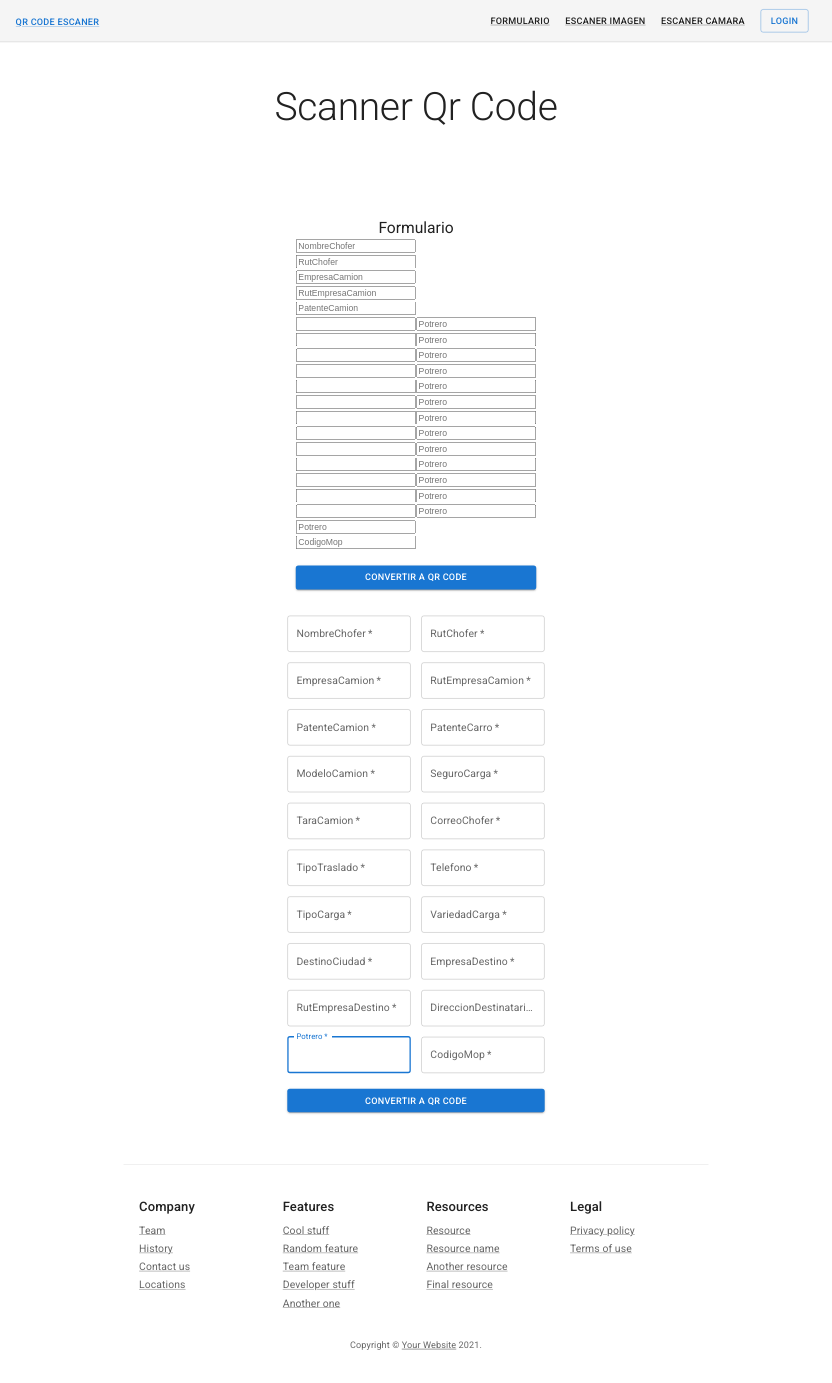
Repository: FlamesAlejandro/QrCodeForm
Page: /form
The author's editor kept a copy of each file at every save. The page is drawn from the files as they stood at one save, then again after a run of saves.
The browser window is 1280 px wide. The pictures show the whole page, at 65% of full size.
The project was rebuilt for these pictures with package versions that can differ from the ones it lists, and the page was loaded fresh each time. Also part of the build but not shown: src/App.css, src/components/pages/ImagenEscaner.js, src/components/pages/CamaraEscaner.js, src/components/pages/Home.js.

Above is the page before, as saved 2021-10-24 07:52:22.

After the next 2 saves:
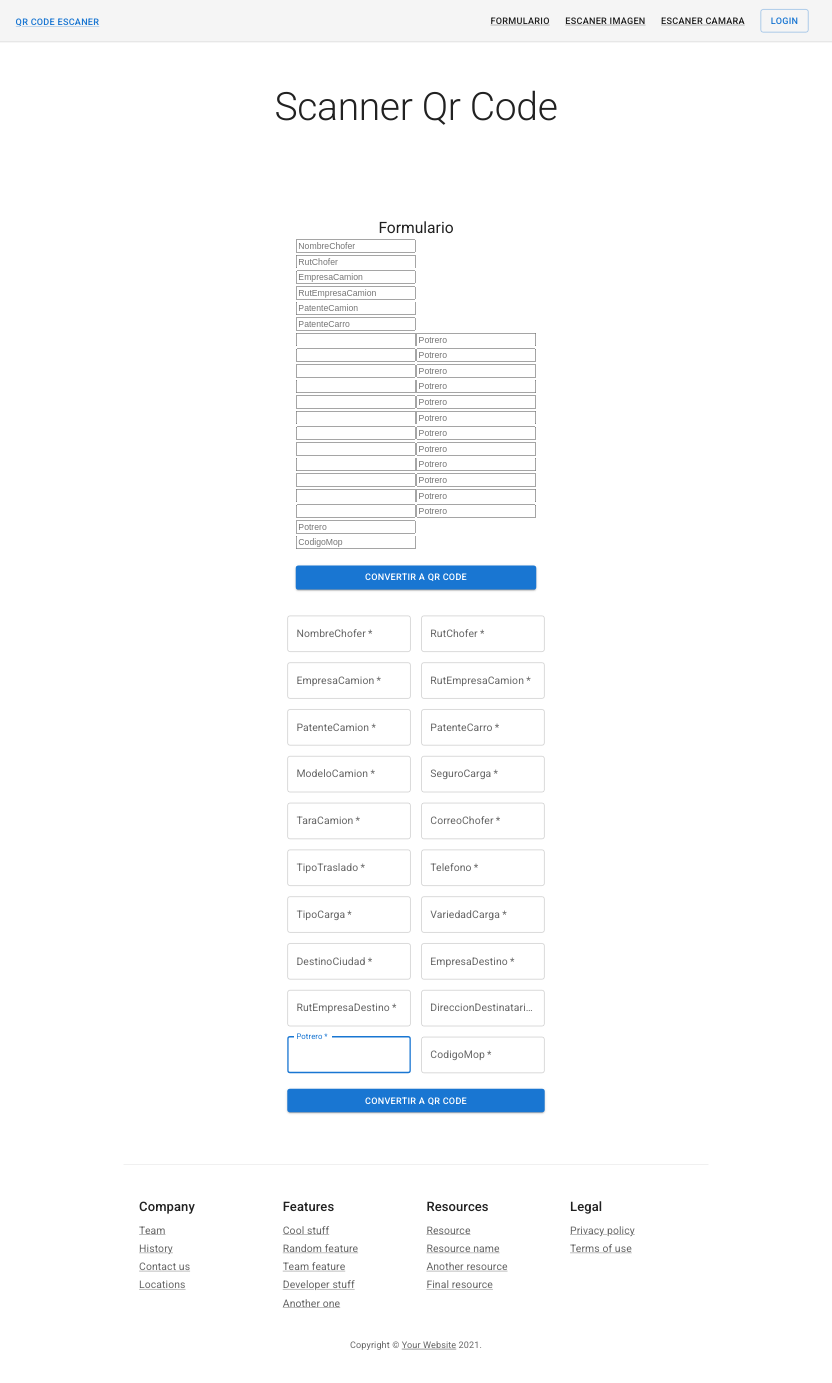
The 2 saves are shown as one change because they came seconds apart.
The last was saved 5 s later.
--- a/src/components/pages/Form.js
+++ b/src/components/pages/Form.js
@@ -62,15 +62,7 @@
                         <input type="text" placeholder="PatenteCamion" {...register("PatenteCamion", {})} />
                     </Grid>
                     <Grid item xs={12} sm={6}>
-                        <input
-                        required
-                        fullWidth
-                        id="PatenteCarro"
-                        label="PatenteCarro"
-                        name="PatenteCarro"
-                        autoComplete="PatenteCarro"
-                        />
-                        <input type="text" placeholder="Potrero" {...register("Potrero", {})} />
+                        <input type="text" placeholder="PatenteCarro" {...register("PatenteCarro", {})} />
                     </Grid>
                     <Grid item xs={12} sm={6}>
                         <input
